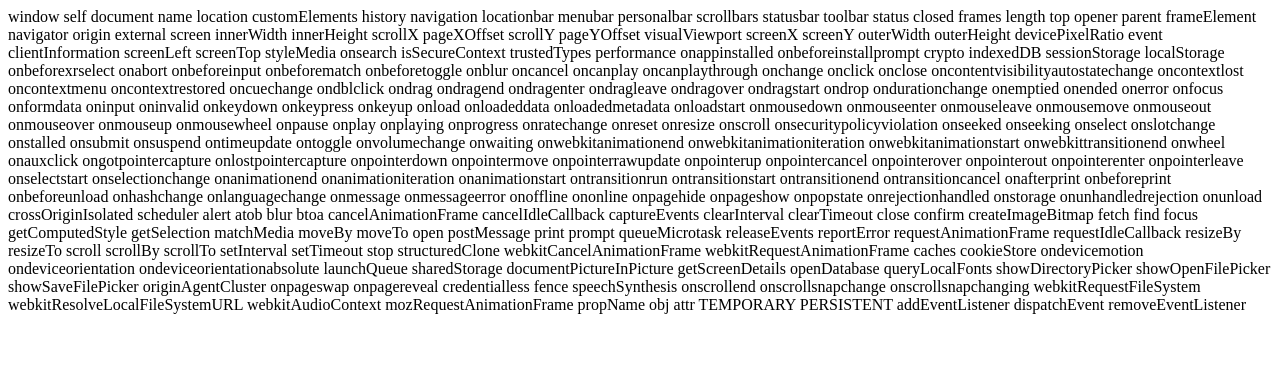
Repository: Jhin7782/HBuilder-Projects
Page: 【JS高程3】/03-6`语句/3-6-5 for-in.html
The author's editor kept a copy of each file at every save. The page is drawn from the files as they stood at one save, then again after the next save.
The browser window is 1280 px wide. The pictures show the whole page.

Above is the page before, as saved 2017-06-02 02:40:59.

### 【JS高程3】/03-6`语句/3-6-5 for-in.html
<!DOCTYPE html>
<html>

	<head>
		<meta charset="UTF-8">
		<title></title>
	</head>

	<body>
		<script type="text/javascript">
			//var propName;
			if(window != null || window != undefined) {
				for(var propName in window) {
					document.writeln(propName);
				}
			}

			var obj = {
				name: "whatever",
				age: 24
			}
			for(var attr in obj) {
				console.log(attr + ": " + obj[attr]);
			}
		</script>
	</body>

</html>

After the next save:
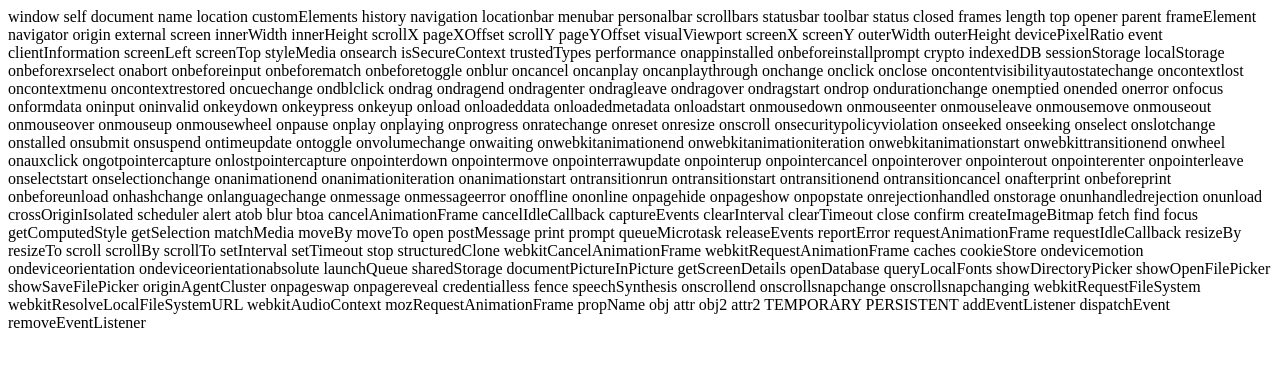
Saved 73 s later.
--- a/【JS高程3】/03-6`语句/3-6-5 for-in.html
+++ b/【JS高程3】/03-6`语句/3-6-5 for-in.html
@@ -22,6 +22,14 @@
 			for(var attr in obj) {
 				console.log(attr + ": " + obj[attr]);
 			}
+
+			var obj2 = new Object();
+			obj2.name = "whatever2";
+			obj2.age = 242;
+
+			for(var attr2 in obj2) {
+				console.log(attr + ": " + obj[attr]);
+			}
 		</script>
 	</body>
 
